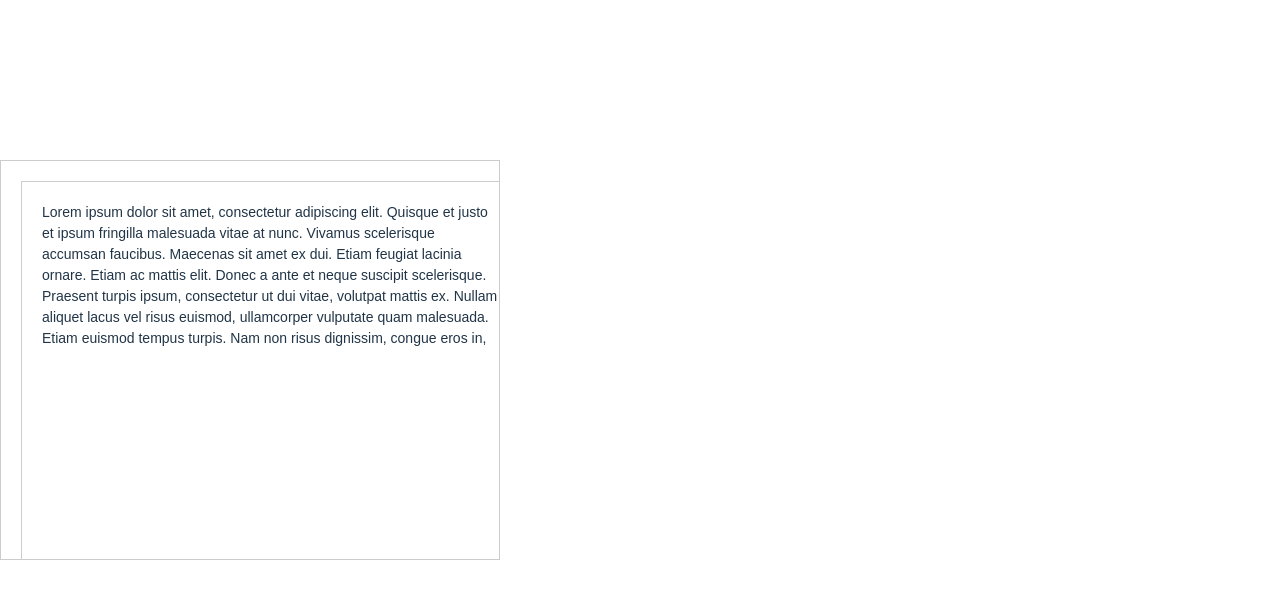
Repository: TakingJester766/Page-View
Page: /
An editor plug-in stored every save of this project. The page is shown before and after the next save, followed by the edit.
The browser window is 1280 px wide. The pictures show the whole page.
An inner scrolling area shows only its first screen. The project was rebuilt for these pictures with package versions that can differ from the ones it lists, and the page was loaded fresh each time. Also part of the build but not shown: vite.config.js.

Above is the page before, as saved 2023-01-15 18:20:47.

### src/App.jsx
import React from 'react';
import ScrollableText from './ScrollableText';

function App() {
  const text = `
  Lorem ipsum dolor sit amet, consectetur adipiscing elit. Quisque et justo et ipsum fringilla malesuada vitae at nunc. Vivamus scelerisque accumsan faucibus. Maecenas sit amet ex dui. Etiam feugiat lacinia ornare. Etiam ac mattis elit. Donec a ante et neque suscipit scelerisque. Praesent turpis ipsum, consectetur ut dui vitae, volutpat mattis ex. Nullam aliquet lacus vel risus euismod, ullamcorper vulputate quam malesuada. Etiam euismod tempus turpis. Nam non risus dignissim, congue eros in, suscipit dolor. Fusce lobortis, purus in accumsan euismod, sem tellus rhoncus purus, feugiat condimentum est ante nec ligula. Sed cursus est egestas odio ornare, at convallis ipsum hendrerit. Nam enim mi, pellentesque a tempus id, aliquam nec felis. Donec vel congue orci.

  Ut lacinia ultricies maximus. Donec a volutpat urna. Nam vestibulum tincidunt congue. Mauris eget lorem nunc. Morbi id velit sed augue vestibulum iaculis. Proin non massa a odio convallis imperdiet. Integer blandit congue arcu, eu tempor est gravida nec. Donec ut velit ut velit tincidunt luctus vitae sit amet neque. Morbi sodales tempus mi, vitae imperdiet diam viverra et. Nam ante diam, blandit sit amet maximus nec, vulputate in nibh. Aenean feugiat sapien sit amet erat tempus, eu lobortis tellus sodales.

  Vivamus nec dictum nibh, vel bibendum magna. Curabitur condimentum justo ac neque placerat, sit amet accumsan orci fermentum. Aliquam sed urna non eros feugiat fringilla. Vestibulum vel iaculis diam. Interdum et malesuada fames ac ante ipsum primis in faucibus. Morbi pretium augue tortor, in accumsan diam semper nec. Sed ac tincidunt tellus. Vivamus lobortis dui ut faucibus ultricies. Aliquam at consequat ipsum. Fusce vel mollis diam. Ut id dolor suscipit, iaculis est at, malesuada dui. Sed fringilla diam purus, a commodo augue pretium eget. Fusce blandit ut ante sed mollis. Nulla non porttitor urna. Curabitur sed varius nunc, id elementum justo.

  Etiam commodo finibus risus ut lobortis. Donec ac massa id dolor cursus gravida. Sed non sem id est tincidunt egestas. Aenean et aliquam est. Aenean ornare sit amet erat sed commodo. Morbi et tortor sit amet lacus tempor consectetur. Aenean ultrices libero ac tellus molestie, in maximus leo porttitor. Pellentesque scelerisque ante nec velit aliquam posuere. Donec varius id ligula sit amet facilisis. Maecenas purus metus, egestas et auctor non, sagittis vel tellus. Sed facilisis, urna ac interdum suscipit, massa diam vestibulum orci, eu pretium ex odio et sem. Curabitur tempor, mi nec luctus vestibulum, diam elit aliquam risus, ut vestibulum est ante at libero. Nunc auctor consequat leo.

  Aliquam eu mauris a elit tincidunt rutrum sed eget lacus. Ut faucibus laoreet mauris tempus feugiat. Orci varius natoque penatibus et magnis dis parturient montes, nascetur ridiculus mus. Morbi in pretium ante. Morbi vel blandit dolor. Morbi volutpat libero et enim lobortis pharetra. Aliquam eget velit vel lacus gravida dignissim non a nibh. Phasellus dictum, quam eget sagittis scelerisque, tortor leo aliquam nunc, quis varius ipsum risus sed nisi. Quisque congue diam sed ipsum molestie bibendum. Praesent iaculis, urna et pretium suscipit, sem tortor dignissim neque, quis laoreet lorem elit id sem. Duis ullamcorper felis justo, id rhoncus sapien finibus nec. Quisque posuere velit mattis suscipit ornare. Ut molestie dignissim vestibulum. Nam at lectus bibendum, rhoncus orci ac, scelerisque ligula. Interdum et malesuada fames ac ante ipsum primis in faucibus.`;
  return (
    <div className="scroll-container">
      <ScrollableText text={text} />
    </div>
  );
}

export default App;

### src/index.css
:root {
  font-family: Inter, Avenir, Helvetica, Arial, sans-serif;
  font-size: 16px;
  line-height: 24px;
  font-weight: 400;

  color-scheme: light dark;
  color: rgba(255, 255, 255, 0.87);
  background-color: #242424;

  font-synthesis: none;
  text-rendering: optimizeLegibility;
  -webkit-font-smoothing: antialiased;
  -moz-osx-font-smoothing: grayscale;
  -webkit-text-size-adjust: 100%;
}

a {
  font-weight: 500;
  color: #646cff;
  text-decoration: inherit;
}
a:hover {
  color: #535bf2;
}

body {
  margin: 0;
  display: flex;
  place-items: center;
  min-width: 320px;
  min-height: 100vh;
}

h1 {
  font-size: 3.2em;
  line-height: 1.1;
}

button {
  border-radius: 8px;
  border: 1px solid transparent;
  padding: 0.6em 1.2em;
  font-size: 1em;
  font-weight: 500;
  font-family: inherit;
  background-color: #1a1a1a;
  cursor: pointer;
  transition: border-color 0.25s;
}
button:hover {
  border-color: #646cff;
}
button:focus,
button:focus-visible {
  outline: 4px auto -webkit-focus-ring-color;
}

@media (prefers-color-scheme: light) {
  :root {
    color: #213547;
    background-color: #ffffff;
  }
  a:hover {
    color: #747bff;
  }
  button {
    background-color: #f9f9f9;
  }
}

.scroll-container {
  height: 400px; /* adjust this to your desired height */
  width: 500px; /* adjust this to your desired width */
  overflow: auto;
  padding: 20px; /* add some padding for the content */
  box-sizing: border-box; /* include the padding and border in the total width and height */
  border: 1px solid #ccc; /* add a border */
  font-size: 14px; /* adjust the font size to your preference */
  font-family: Arial, sans-serif; /* adjust the font family to your preference */
  line-height: 1.5; /* adjust the line height to your preference */
  word-wrap: break-word;

}

### src/ScrollableText.jsx
import React, { useState, useEffect } from 'react';
import ReactPaginate from 'react-paginate';

const ScrollableText = ({text}) => {
  const [currentPage, setCurrentPage] = useState(0);
  const [isScrolling, setIsScrolling] = useState(false);
  const charactersPerPage = 500;
  const pageCount = Math.ceil(text.length / charactersPerPage);

  const getTextForPage = (page) => {
    let start = page * charactersPerPage;
    let end = (page + 1) * charactersPerPage;
    let currentText = text.slice(start, end);
    if (currentText[currentText.length - 1] !== " ") {
      let lastSpace = currentText.lastIndexOf(" ");
      currentText = currentText.slice(0, lastSpace);
    }
    return currentText;
  }
  const currentText = getTextForPage(currentPage);

  useEffect(() => {
    const container = document.querySelector('.scroll-container');
    container.addEventListener('wheel', handleScroll);
    return () => container.removeEventListener('wheel', handleScroll);
  }, [currentPage]);

  const handleScroll = (event) => {
    if (!isScrolling) {
      setIsScrolling(true);
      if (event.deltaY < 0) {
        setCurrentPage((prevPage) => Math.max(prevPage - 1, 0));
      } else {
        setCurrentPage((prevPage) => Math.min(prevPage + 1, pageCount - 1));
      }
      setTimeout(() => setIsScrolling(false), 1000);
    }
  };

  const handlePageClick = (data) => {
    setCurrentPage(data.selected);
  }

  return (
    <div>
      <div className="scroll-container" style={{overflow: 'auto', height: '500px'}}>
        {currentText}
      </div>
      <ReactPaginate
        previousLabel={'previous'}
        nextLabel={'next'}
        breakLabel={'...'}
        breakClassName={'break-me'}
        pageCount={pageCount}
        marginPagesDisplayed={2}
        pageRangeDisplayed={5}
        onPageChange={handlePageClick}
        containerClassName={'pagination'}
        subContainerClassName={'pages pagination'}
        activeClassName={'active'}
      />
    </div>
  );
}

export default ScrollableText;

Loaded but not shown: index.html (common file); src/main.jsx (common file)

After the next save:
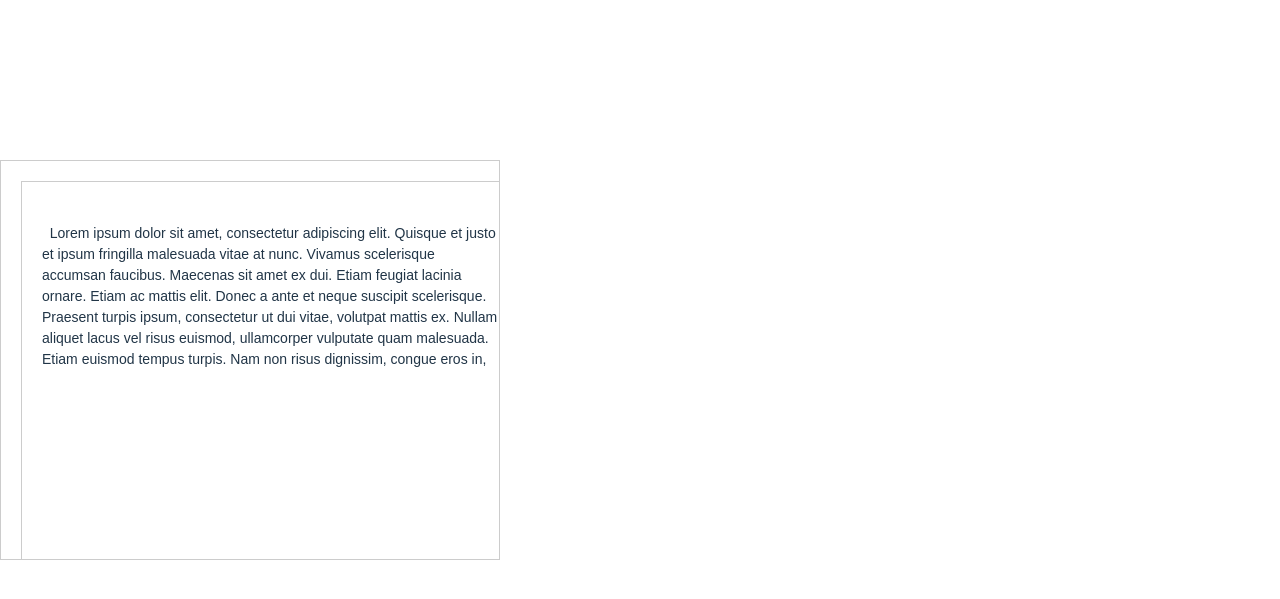
Saved 23 s later.
--- a/src/index.css
+++ b/src/index.css
@@ -80,5 +80,8 @@ button:focus-visible {
   font-family: Arial, sans-serif; /* adjust the font family to your preference */
   line-height: 1.5; /* adjust the line height to your preference */
   word-wrap: break-word;
+  width: 500px;
+  white-space: pre-wrap;
+  overflow-x: hidden;
 
 }
